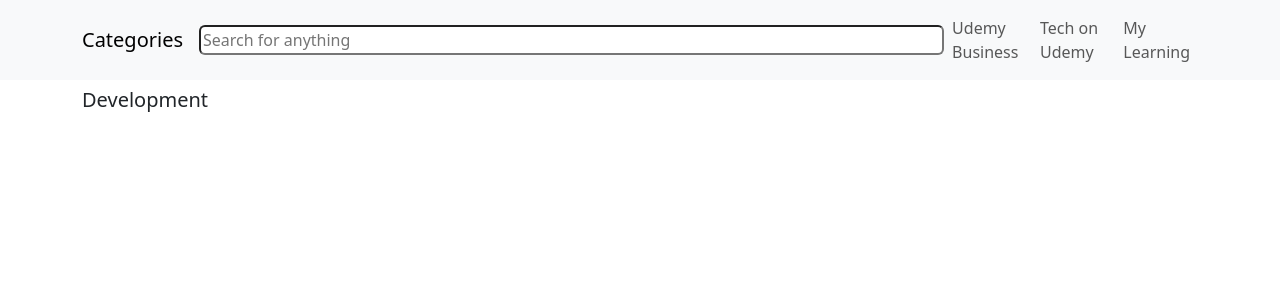
Repository: Taniafdes/newProject
Page: /home/navbar
These files come from the project's save history. The page is drawn as it stood at one moment and after a run of saves; the edit follows.
The browser window is 1280 px wide. The pictures show the whole page.
The project was rebuilt for these pictures with package versions that can differ from the ones it lists, and the page was loaded fresh each time. The framework's server and built-in components were replaced by stand-ins that run in the browser. Also part of the build but not shown: next.config.js.

Above is the page before, as saved 2023-06-15 14:01:40.

After the next 2 saves:
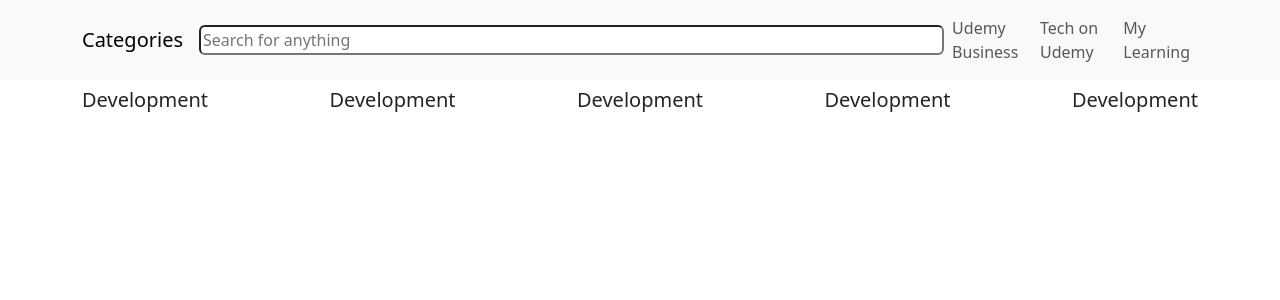
The 2 saves are shown as one change because they came seconds apart.
The last was saved 11 s later.
--- a/pages/home/navbar.js
+++ b/pages/home/navbar.js
@@ -27,6 +27,10 @@
     <Navbar>
       <Container>
         <h5>Development</h5>
+        <h5>Development</h5>
+        <h5>Development</h5>
+        <h5>Development</h5>
+        <h5>Development</h5>
       </Container>
     </Navbar>
     </div>
